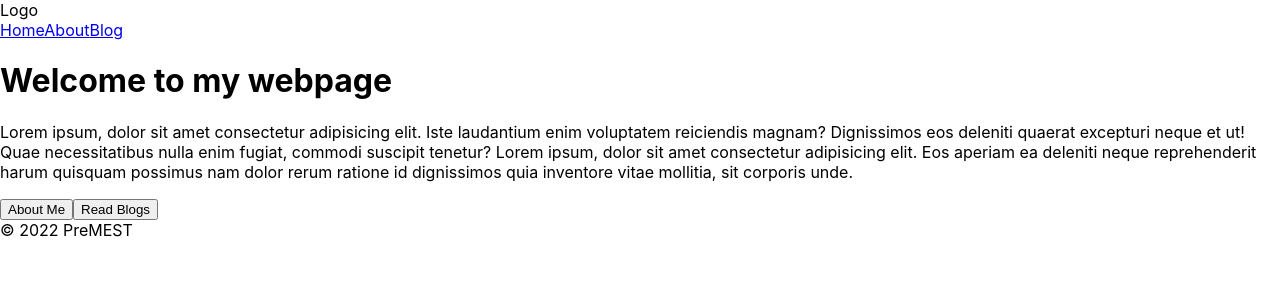
Repository: bayorwor/premest-router
Page: /
These files come from the project's save history. The page is drawn as it stood at one moment and after the next save; the edit follows.
The browser window is 1280 px wide. The pictures show the whole page.
The project was rebuilt for these pictures with package versions that can differ from the ones it lists, and the page was loaded fresh each time. Also part of the build but not shown: src/pages/About.js, src/pages/Blog.js, src/pages/Blog/blogs.js, src/pages/Blog/detail.js.

Above is the page before, as saved 2022-04-04 12:38:27.

### src/index.js
import React from "react";
import ReactDOM from "react-dom";
import { BrowserRouter } from "react-router-dom";
import App from "./App";
import "./styles/index.css";

ReactDOM.render(
  <BrowserRouter>
    <App />
  </BrowserRouter>,
  document.getElementById("root")
);

### src/App.js
import { Route, Routes, Navigate } from "react-router-dom";
import Home from "./pages/Home";
import About from "./pages/About";
import Blog from "./pages/Blog";
import BlogList from "./pages/Blog/blogs";
import BlogDetail from "./pages/Blog/detail";

function App() {
  return (
    <Routes>
      <Route path="/" element={<Home />} />
      <Route path="/about" element={<About />} />
      <Route path="/blog" element={<Blog />}>
        <Route index element={<BlogList />} />
        <Route path=":blog" element={<BlogDetail />} />
      </Route>
      <Route path="*" element={<Navigate to="/" />} />
    </Routes>
  );
}

export default App;

### src/pages/Home.js
import { useNavigate } from "react-router-dom";
import withLayout from "./withLayout";

function Home() {
  const navigate = useNavigate();

  return (
    <div>
      <div className="banner">
        <h1> Welcome to my webpage</h1>
        <p>
          Lorem ipsum, dolor sit amet consectetur adipisicing elit. Iste
          laudantium enim voluptatem reiciendis magnam? Dignissimos eos deleniti
          quaerat excepturi neque et ut! Quae necessitatibus nulla enim fugiat,
          commodi suscipit tenetur? Lorem ipsum, dolor sit amet consectetur
          adipisicing elit. Eos aperiam ea deleniti neque reprehenderit harum
          quisquam possimus nam dolor rerum ratione id dignissimos quia
          inventore vitae mollitia, sit corporis unde.
        </p>

        <div className="actions-wrap">
          <button className="btn-outline" onClick={() => navigate("/about")}>
            About Me
          </button>
          <button className="btn-contain" onClick={() => navigate("/blog")}>
            Read Blogs
          </button>
        </div>
      </div>
    </div>
  );
}

export default withLayout(Home);

### src/pages/withLayout.js
import { Link } from "react-router-dom";

function withLayout(Component) {
  function Layout() {
    return (
      <div className="layout">
        <header className="appbar">
          <span>Logo</span>
          <div>
            <nav>
              <span className="nav-link">
                <Link to="/">Home</Link>
              </span>
              <span className="nav-link">
                <Link to="/about">About</Link>
              </span>
              <span className="nav-link">
                <Link to="/blog">Blog</Link>
              </span>
            </nav>
          </div>
        </header>
        <main className="main-component">
          <Component />
        </main>
        <footer>&copy; 2022 PreMEST</footer>
      </div>
    );
  }

  return Layout;
}

export default withLayout;

Loaded but not shown: public/index.html (common file); src/index.css (common file)

After the next save:
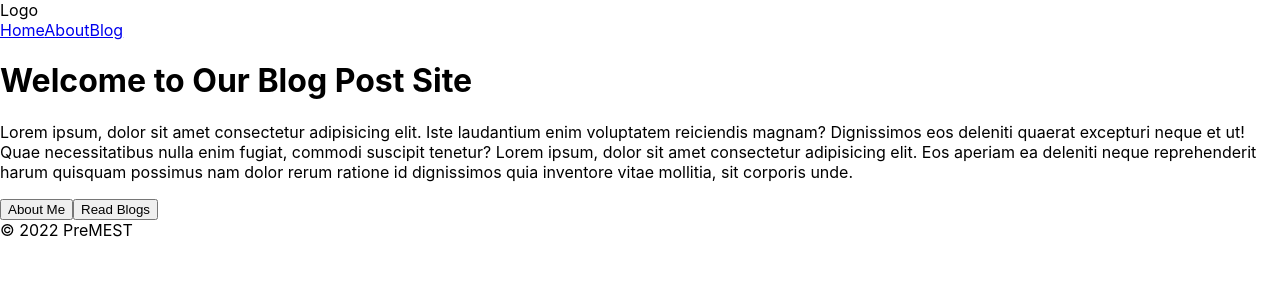
Saved 77 s later.
--- a/src/pages/Home.js
+++ b/src/pages/Home.js
@@ -7,7 +7,7 @@ function Home() {
   return (
     <div>
       <div className="banner">
-        <h1> Welcome to my webpage</h1>
+        <h1> Welcome to Our Blog Post Site</h1>
         <p>
           Lorem ipsum, dolor sit amet consectetur adipisicing elit. Iste
           laudantium enim voluptatem reiciendis magnam? Dignissimos eos deleniti
